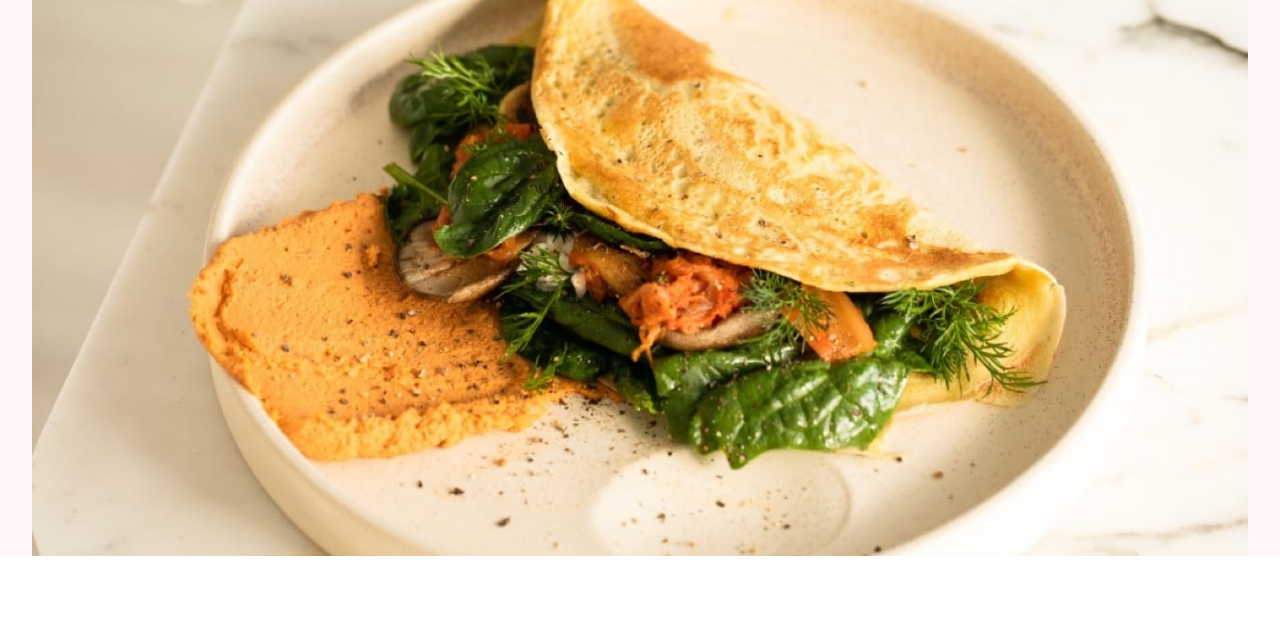
Repository: brandontaylor1/recipe-page
Page: index.html
An editor plug-in stored every save of this project. The page is shown before and after a run of saves, followed by the edit.
The browser window is 1280 px wide. The pictures show the whole page.

Above is the page before, as saved 2024-12-28 21:35:18.

### index.html
<!DOCTYPE html>
<html lang="en">
<head>
    <meta charset="UTF-8">
    <meta name="viewport" content="width=device-width, initial-scale=1.0">
    <link rel="stylesheet" href="styles.css">
    <title>Recipe Page</title>
</head>
<body>
    <main class="container flex backgroundColor">
        <div class="recipe-card">
            <img src="./assets/images/image-omelette.jpeg" alt="recipe-image">
            <h1></h1>
        </div>


    </main>



    <script src="index.js"></script>
</body>
</html>

### styles.css
*,
*::before,
*::after {
    box-sizing: border-box;
}

body,
h1,
h2,
h3,
h4,
h5,
h6,
p,
figure,
picture {
    margin: 0;
}

body {
    line-height: 1.5;
    min-height: 100vh;
}

img,
picture {
    max-width: 100%;
    display: block;
}

input,
button,
textarea,
select {
    font: inherit;
}

@media (prefers-reduced-motion: reduce) {
    *,
    *::before,
    *::after {
      animation-duration: 0.01ms !important;
      animation-iteration-count: 1 !important;
      transition-duration: 0.01ms !important;
      scroll-behavior: auto !important;
    }
  }

  /* UTILITY CLASSES */
  .flex{
    display: flex;
    gap: var(--gap, 1rem);
  }

  .grid {
    display: grid;
    gap: var(--gap, 1rem);
  }

  .container {
    padding: 0 2rem;
    margin: 0 auto;
    max-width: 80rem;
  }

  .sr-only {
    position: absolute;
    width: 1px;
    height: 1px;
    padding: 0;
    margin: -1px;
    overflow: hidden;
    clip: rect(0, 0, 0, 0);
    white-space: nowrap;
    border-width: 0;
  }

  .backgroundColor {
    background-color: var(--color-rose-50);
  }




:root {
    /* COLORS */
    --color-rose-800: #7A284E;
    --color-rose-50: #FFF7FB;

    --color-stone-900: #312E2C;
    --color-stone-600: #5F564D;
    --color-stone-150: #E3DDD7;
    --color-stone-100: #F3E5D7;

    --color-brown-800: #854632;

    --color-white: #FFFFFF;
    --color-black: #000000;

    /* FONTS */
    @font-face {
        font-family: "YoungSerif-Regular", sans-serif;
        src: url(./fonts/YoungSerif-Regular.ttf) format('ttf');
    }

    @font-face {
        font-family: "Outfit-SemiBold", sans-serif;
        src: url(./fonts/Outfit-SemiBold.ttf) format('ttf');
    }

    @font-face {
        font-family: "Outfit-Bold", sans-serif;
        src: url(./fonts/Outfit-Bold.ttf) format('ttf');
    }

    @font-face {
        font-family: "Outfit-Regular", sans-serif;
        src: url(./fonts/Outfit-Regular.ttf) format('ttf');
    }

    /* FONT SIZES */
    --fs-h1: 9.375rem;
    --fs-h2: 1.75rem;
    --fs-h3: 1.25rem;
    --fs-p: 1rem;

}

Loaded but not shown: index.js (common file)

After the next 2 saves:
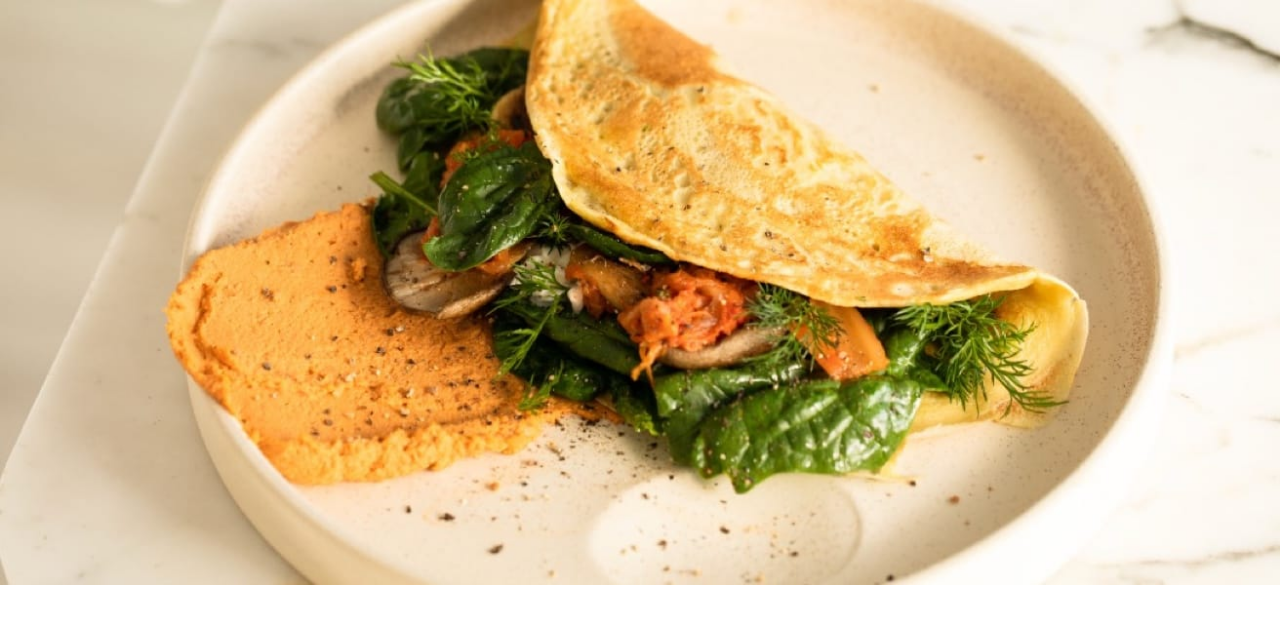
The 2 saves are shown as one change because they came seconds apart.
The last was saved 9 s later.
--- a/index.html
+++ b/index.html
@@ -7,7 +7,7 @@
     <title>Recipe Page</title>
 </head>
 <body>
-    <main class="container flex backgroundColor">
+    <main class="">
         <div class="recipe-card">
             <img src="./assets/images/image-omelette.jpeg" alt="recipe-image">
             <h1></h1>

After the 4 saves that followed:
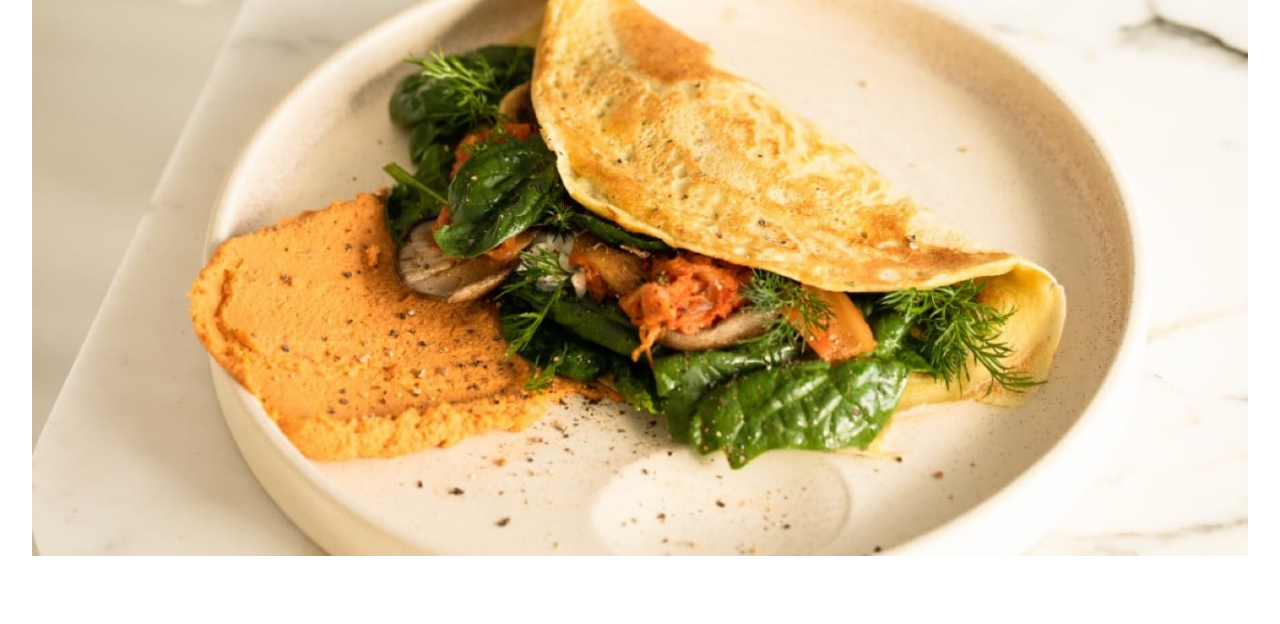
The 4 saves are shown as one change because 3 left the picture as it was.
The last was saved 43 s later.
--- a/index.html
+++ b/index.html
@@ -7,7 +7,7 @@
     <title>Recipe Page</title>
 </head>
 <body>
-    <main class="">
+    <main class="container">
         <div class="recipe-card">
             <img src="./assets/images/image-omelette.jpeg" alt="recipe-image">
             <h1></h1>
--- a/styles.css
+++ b/styles.css
@@ -47,7 +47,7 @@ select {
   }
 
   /* UTILITY CLASSES */
-  .flex{
+  /* .flex{
     display: flex;
     gap: var(--gap, 1rem);
   }
@@ -77,7 +77,7 @@ select {
 
   .backgroundColor {
     background-color: var(--color-rose-50);
-  }
+  } */
 
 
 
@@ -125,3 +125,9 @@ select {
     --fs-p: 1rem;
 
 }
+
+.container {
+    padding: 0 2rem;
+    margin: 0 auto;
+    max-width: 80rem;
+}
